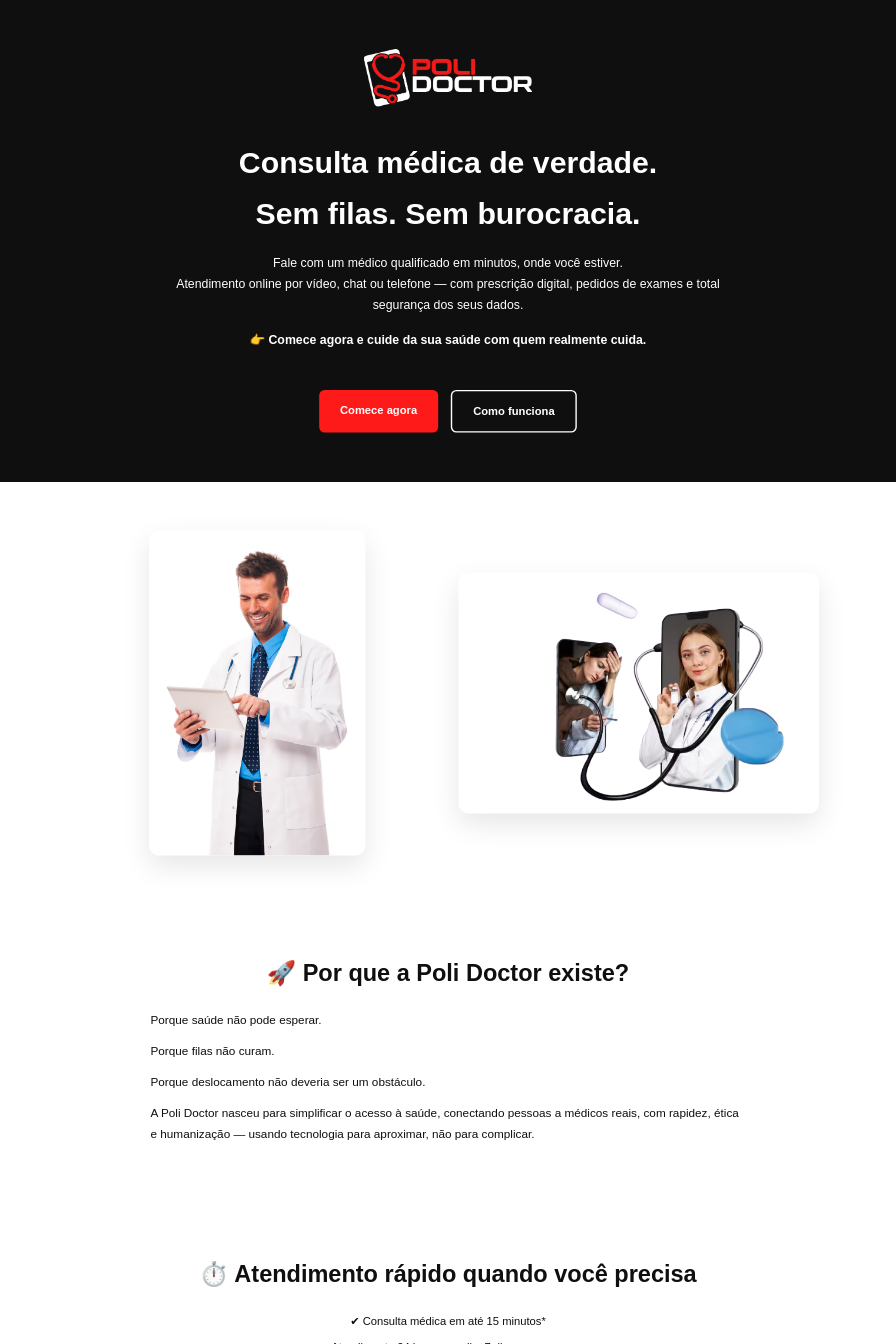
Repository: RenSkywalker/poli-doctor-landing
Page: index.html
An editor plug-in stored every save of this project. The page is shown before and after the next save, followed by the edit.
The browser window is 1280 px wide. The pictures show the part of the page from y = 0 to 1920 px (the page is 8656 px tall before and 8839 px after), at 70% of full size.

Above is the page before, as saved 2026-01-15 15:28:42.

### index.html
<!DOCTYPE html>
<html lang="pt-BR">
<head>
  <meta charset="UTF-8">
  <title>Poli Doctor | Consulta médica de verdade</title>
  <meta name="viewport" content="width=device-width, initial-scale=1.0">
  <meta name="description" content="Consulta médica de verdade. Sem filas. Sem burocracia. Atendimento humano, rápido e seguro.">

  <link rel="icon" href="favicon.ico">
  <link rel="stylesheet" href="css/style.css">
</head>

<body>

<!-- HERO -->
<header class="hero">
  <div class="container">

    <img src="assets/images/logo-principal.png" alt="Poli Doctor" class="logo-topo">

    <h1>Consulta médica de verdade.<br>Sem filas. Sem burocracia.</h1>

    <p>
      Fale com um médico qualificado em minutos, onde você estiver.<br>
      Atendimento online por vídeo, chat ou telefone — com prescrição digital,
      pedidos de exames e total segurança dos seus dados.
    </p>

    <p><strong>👉 Comece agora e cuide da sua saúde com quem realmente cuida.</strong></p>

    <div class="hero-buttons">
      <a href="#planos" class="btn primary">Comece agora</a>
      <a href="#como-funciona" class="btn outline">Como funciona</a>
    </div>

  </div>
</header>

<section class="imagem-destaque">
  <div class="container imagem-grid">
  <img src="assets/images/medico-consulta.png" alt="Consulta médica online" class="img-medico">
  <img src="assets/images/telemedicina.png" alt="Telemedicina humanizada" class="img-telemedicina">
</div>
</section>


<!-- POR QUE EXISTE -->
<section>
  <div class="container">
    <h2>🚀 Por que a Poli Doctor existe?</h2>

    <p>Porque saúde não pode esperar.</p>
    <p>Porque filas não curam.</p>
    <p>Porque deslocamento não deveria ser um obstáculo.</p>

    <p>
      A Poli Doctor nasceu para simplificar o acesso à saúde, conectando pessoas
      a médicos reais, com rapidez, ética e humanização — usando tecnologia para
      aproximar, não para complicar.
    </p>
  </div>
</section>

<!-- ATENDIMENTO RÁPIDO -->
<section class="beneficios">
  <div class="container">
    <h2>⏱️ Atendimento rápido quando você precisa</h2>

    <ul>
      <li>✔ Consulta médica em até 15 minutos*</li>
      <li>✔ Atendimento 24 horas por dia, 7 dias por semana</li>
      <li>✔ Sem filas, sem espera, sem deslocamento</li>
      <li>✔ Atendimento de onde você estiver</li>
    </ul>

    <small>*Em horário comercial. Fora dele, agendamento no mesmo dia.</small>
  </div>
</section>

<!-- MÉDICOS -->
<section>
  <div class="container">
    <h2>👨‍⚕️ Médicos qualificados. Atendimento humano.</h2>

    <p>
      Aqui você não fala com robôs nem com centrais genéricas.<br>
      Você fala com médicos habilitados, preparados para ouvir,
      orientar, prescrever e acompanhar.
    </p>

    <ul>
      <li>✔ Médicos e especialistas qualificados</li>
      <li>✔ Atendimento ético e responsável</li>
      <li>✔ Prescrição digital válida em todo o Brasil</li>
      <li>✔ Solicitação de exames quando necessário</li>
    </ul>
  </div>
</section>

<!-- COMO FUNCIONA -->
<section id="como-funciona">
  <div class="container">
    <h2>📱 Como funciona?</h2>

    <p><strong>1️⃣ Escolha o atendimento</strong><br>
      Vídeo, chat ou telefone — do jeito mais confortável para você.
    </p>

    <p><strong>2️⃣ Fale com um médico</strong><br>
      Atendimento direto, humano e sem burocracia.
    </p>

    <p><strong>3️⃣ Receba tudo digitalmente</strong><br>
      Receitas, exames e orientações ficam no seu histórico médico online.
    </p>

    <p><strong>Simples. Seguro. E eficiente.</strong></p>
  </div>
</section>

<!-- SEGURANÇA -->
<section class="seguranca">
  <div class="container">
    <h2>🔒 Segurança, privacidade e confiança</h2>

    <p>Sua saúde é coisa séria — e seus dados também.</p>

    <ul>
      <li>✔ Plataforma em conformidade com a LGPD</li>
      <li>✔ Sigilo médico garantido</li>
      <li>✔ Prontuário digital protegido</li>
      <li>✔ Ambiente seguro e criptografado</li>
    </ul>

    <p>Transparência e confiança em cada etapa do atendimento.</p>
  </div>
</section>

<section class="imagem-contexto">
  <div class="container imagem-contexto-grid">
    <div>
      <h2>Saúde moderna, simples e acessível</h2>
      <p>
        Atendimento médico online com profissionais qualificados,
        tecnologia segura e cuidado humano — sem filas, sem burocracia.
      </p>
    </div>

    <img src="assets/images/equipe-medica.png" alt="Equipe médica qualificada">
  </div>
</section>

<!-- PLANOS -->
<section id="planos" class="planos">
  <div class="container">
    <h2>💰 Planos Poli Doctor</h2>

    <p><strong>Saúde acessível hoje. Economia real todos os meses.</strong></p>

    <p>
      <strong>⚠️ Oferta especial por tempo limitado</strong><br>
      Os valores abaixo são promocionais.<br>
      Após o encerramento da campanha, os planos terão reajuste médio de 35%.
    </p>

    <!-- PLANO INDIVIDUAL -->
    <div class="plano destaque">
      <h3>🩺 Plano Individual</h3>
      <p>Ideal para quem quer praticidade e segurança no dia a dia</p>

      <p class="preco">💥 R$ 39,90 / mês<br><small>De R$ 53,90 / mês</small></p>

      <ul>
        <li>✔ Consultas médicas online 24/7</li>
        <li>✔ Atendimento por vídeo, chat ou telefone</li>
        <li>✔ Prescrição digital válida</li>
        <li>✔ Sem filas e sem deslocamento</li>
      </ul>

      <p><strong>👉 Economia mensal: R$ 14,00</strong></p>

      <a href="#" class="btn primary">Assinar agora</a>
    </div>

    <!-- PLANO PSICOLOGIA -->
    <div class="plano destaque">
      <h3>🧠 Plano Psicologia</h3>
      <p>Cuidado emocional com profissionais qualificados</p>

      <p class="preco">💥 R$ 99,90 / mês<br><small>Valor promocional</small></p>

      <ul>
        <li>✔ Sessões com psicólogos qualificados</li>
        <li>✔ Atendimento por vídeo</li>
        <li>✔ Acompanhamento humanizado</li>
      </ul>

      <p><strong>👉 Saúde mental com preço acessível</strong></p>

      <a href="#" class="btn primary">Assinar Psicologia</a>
    </div>

    <!-- PLANO PREMIUM -->
    <div class="plano destaque">
      <h3>⭐ Plano Premium</h3>
      <p>Cuidado contínuo, acompanhamento e prioridade</p>

      <p class="preco">💥 R$ 79,90 / mês<br><small>De R$ 107,90 / mês</small></p>

      <ul>
        <li>✔ Consultas médicas ilimitadas</li>
        <li>✔ Atendimento prioritário</li>
        <li>✔ Acesso a especialistas sem custo adicional</li>
        <li>✔ Histórico médico digital completo</li>
        <li>✔ Acompanhamento contínuo</li>
      </ul>

      <p><strong>👉 Economia mensal: R$ 28,00</strong></p>

      <a href="#" class="btn primary">Quero o Premium</a>
    </div>

    <!-- PLANO FAMÍLIA -->
    <div class="plano destaque">
      <h3>👨‍👩‍👧 Plano Família</h3>
      <p>Mais saúde para quem cuida de todos</p>

      <p class="preco">💥 R$ 69,90 / mês (até 4 pessoas)<br><small>De R$ 94,90 / mês</small></p>

      <ul>
        <li>✔ Consultas ilimitadas para até 4 pessoas</li>
        <li>✔ Atendimento 24/7</li>
        <li>✔ Prescrição e pedidos de exames digitais</li>
        <li>✔ Mais economia e mais conveniência</li>
      </ul>

      <p><strong>👉 Economia mensal: R$ 25,00</strong></p>

      <a href="#" class="btn primary">Assinar plano família</a>
    </div>

    <!-- PLANO FAMÍLIA PREMIUM -->
    <div class="plano destaque">
      <h3>👑 Plano Família Premium</h3>
      <p>O cuidado completo para toda a família</p>

      <p class="preco">💥 R$ 119,90 / mês (até 4 pessoas)<br><small>De R$ 161,90 / mês</small></p>

      <ul>
        <li>✔ Tudo do Plano Família</li>
        <li>✔ Atendimento prioritário</li>
        <li>✔ Especialistas incluídos</li>
        <li>✔ Histórico médico individual por membro</li>
        <li>✔ Cuidado integral e contínuo</li>
      </ul>

      <p><strong>👉 Economia mensal: R$ 42,00</strong></p>

      <a href="#" class="btn primary">Quero o plano completo</a>
    </div>

    <!-- TABELA COMPARATIVA -->
    <h3>📊 Comparação clara de valor</h3>

    <div class="tabela-wrapper">
    <table border="1" cellpadding="10" cellspacing="0" width="100%">
      <tr>
        <th>Plano</th>
        <th>Valor Promocional</th>
        <th>Valor Fora da Oferta</th>
        <th>Economia</th>
      </tr>
      <tr>
        <td>Individual</td>
        <td>R$ 39,90</td>
        <td>R$ 53,90</td>
        <td>R$ 14,00</td>
      </tr>
      <tr>
        <td>Psicologia</td>
        <td>R$ 99,90</td>
        <td>—</td>
        <td>—</td>
      </tr>
      <tr>
        <td>Premium</td>
        <td>R$ 79,90</td>
        <td>R$ 107,90</td>
        <td>R$ 28,00</td>
      </tr>
      <tr>
        <td>Família</td>
        <td>R$ 69,90</td>
        <td>R$ 94,90</td>
        <td>R$ 25,00</td>
      </tr>
      <tr>
        <td>Família Premium</td>
        <td>R$ 119,90</td>
        <td>R$ 161,90</td>
        <td>R$ 42,00</td>
      </tr>
    </table>
    </div>

    <p><strong>🔥 Atenção: condição por tempo limitado</strong><br>
      Ao encerrar esta campanha, os planos retornam ao valor regular com aumento médio de 35%.
    </p>

    <p><strong>👉 Garanta agora seu plano Poli Doctor e trave o valor promocional.</strong></p>

  </div>
</section>

<!-- CTA FINAL -->
<section class="cta-final">
  <div class="container">
    <h2>📣 Sua saúde não pode esperar.<br>Seu desconto também não.</h2>

    <a href="#planos" class="btn primary large">Assinar agora com desconto</a>

    <p>
      👉 Falar com um médico em minutos<br>
      👉 Travar o valor promocional hoje
    </p>
  </div>
</section>

<!-- FOOTER -->
<footer>
  <img src="assets/images/logo-principal.png" alt="Poli Doctor" class="logo-footer">

  <p>© 2026 Poli Doctor. Todos os direitos reservados. Desenvolvido por <a href="https://renancursi79.wixsite.com/infinitx" target="_blank">Infinitx</a></p>

  <a href="politica-de-privacidade.html">Política de Privacidade</a> |
  <a href="termos-de-uso.html">Termos de Uso</a>

  <small>Este serviço não substitui atendimento presencial em casos de emergência.</small>
</footer>

<script src="js/main.js"></script>
</body>
</html>

### css/style.css
html {
  scroll-behavior: smooth;
}

:root {
  --vermelho: #ff1a1a;
  --preto: #0f0f0f;
  --cinza-escuro: #1c1c1c;
  --cinza-claro: #fafafa;
  --branco: #ffffff;
}

/* RESET */
* {
  margin: 0;
  padding: 0;
  box-sizing: border-box;
  font-family: Arial, Helvetica, sans-serif;
}

body {
  background: var(--branco);
  color: var(--preto);
  line-height: 1.7;
  position: relative;
}

/* MARCA D'ÁGUA */
body::before {
  content: "";
  position: fixed;
  inset: 0;
  background: url("../assets/images/marca-dagua.png") no-repeat center;
  background-size: 600px;
  opacity: 0.03;
  pointer-events: none;
}

/* CONTAINER */
.container {
  max-width: 1100px;
  margin: auto;
  padding: 70px 20px;
}

/* ================= HERO ================= */
.hero {
  background: var(--preto);
  color: var(--branco);
  text-align: center;
  position: relative;
}

.logo-topo {
  max-width: 240px;
  margin-bottom: 35px;
}

.hero h1 {
  font-size: 2.7rem;
  margin-bottom: 20px;
}

.hero p {
  max-width: 820px;
  margin: 0 auto 20px;
  font-size: 1.1rem;
}

/* BOTÕES */
.hero-buttons {
  display: flex;
  justify-content: center;
  gap: 18px;
  margin-top: 35px;
}

.btn {
  padding: 15px 30px;
  border-radius: 8px;
  font-weight: bold;
  text-decoration: none;
  transition: 0.3s;
  margin-top: 20px;
}

.primary {
  background: var(--vermelho);
  color: var(--branco);
}

.primary:hover {
  transform: translateY(-2px);
  opacity: 0.9;
}

.outline {
  border: 2px solid var(--branco);
  color: var(--branco);
}

.imagem-destaque {
  background: #ffffff;
}

.imagem-grid {
  display: grid;
  grid-template-columns: repeat(auto-fit, minmax(280px, 1fr));
  gap: 30px;
  align-items: center;
}

.imagem-grid img {
  border-radius: 14px;
  box-shadow: 0 15px 40px rgba(0,0,0,0.1);
}

.img-medico {
  width: 60%;
  justify-self: center;
}

.img-telemedicina {
  width: 100%;
  justify-self: center;
}

/* ================= SEÇÕES GERAIS ================= */
section p {
  max-width: 850px;
  margin: 0 auto 16px;
  font-size: 1.05rem;
}

.text-destaque {
  font-size: 1.15rem;
  font-weight: bold;
  margin: 30px 0;
  text-align: center;
}

/* TÍTULOS */
h2 {
  text-align: center;
  margin-bottom: 25px;
  font-size: 2.1rem;
}

h3 {
  margin-bottom: 10px;
}

/* ================= BENEFÍCIOS ================= */
.beneficios {
  background: #ffffff;
  border-top: 1px solid #ffffff;
  border-bottom: 1px solid #ffffff;
}

.beneficios ul {
  list-style: none;
  text-align: center;
}

.beneficios li {
  margin-bottom: 10px;
  font-weight: 500;
}

/* ================= LISTAS ================= */
ul {
  margin: 25px 0;
  padding: 0;
}

li {
  margin-bottom: 8px;
}

/* ================= COMO FUNCIONA ================= */
.steps {
  display: flex;
  justify-content: space-around;
  gap: 30px;
}

.step {
  text-align: center;
}

.step span {
  background: var(--vermelho);
  color: var(--branco);
  width: 45px;
  height: 45px;
  display: inline-flex;
  align-items: center;
  justify-content: center;
  border-radius: 50%;
  margin-bottom: 10px;
  font-weight: bold;
}

/* ================= SEGURANÇA ================= */
.seguranca ul {
  list-style: none;
  text-align: center;
}

.seguranca li {
  margin-bottom: 10px;
}

.imagem-contexto {
  background: #ffffff;
  border-top: 1px solid #ffffff;
  border-bottom: 1px solid #ffffff;
}

.imagem-contexto-grid {
  display: grid;
  grid-template-columns: 1fr 1fr;
  gap: 40px;
  align-items: center;
}

.imagem-contexto img {
  width: 100%;
  border-radius: 14px;
  box-shadow: 0 15px 40px rgba(0,0,0,0.12);
}

/* ================= PLANOS ================= */
.plano {
  border: 2px solid var(--vermelho);
  border-radius: 14px;
  padding: 40px 30px;
  text-align: center;
  background: var(--branco);
  margin: 40px 0;
  transition: 0.3s;
}

.plano:hover {
  transform: translateY(-4px);
}

.plano.destaque {
  border: 2px solid var(--vermelho);
  box-shadow: 0 20px 45px rgba(255, 26, 26, 0.25);
}

.preco {
  font-size: 1.7rem;
  color: var(--vermelho);
  margin: 20px 0;
}

.plano ul {
  list-style: none;
  margin-bottom: 20px;
}

.plano .btn {
  width: 100%;
  margin-top: 30px;
}

.plano p {
  margin-bottom: 18px;
}


/* ================= TABELA ================= */
table {
  width: 100%;
  border-collapse: collapse;
  margin-top: 35px;
  font-size: 0.95rem;
}

table th {
  background: var(--preto);
  color: var(--branco);
  padding: 14px;
}

table td {
  padding: 14px;
  text-align: center;
  border-bottom: 1px solid #eee;
}

table tr:nth-child(even) {
  background: #fafafa;
}

table tr:hover {
  background: #f1f1f1;
}

/* ================= CTA FINAL ================= */
.cta-final {
  background: var(--preto);
  color: var(--branco);
  text-align: center;
}

.cta-final p {
  margin-top: 20px;
  font-size: 1.05rem;
}

.large {
  font-size: 1.2rem;
}

/* ================= FOOTER ================= */
footer {
  background: var(--cinza-escuro);
  color: var(--branco);
  text-align: center;
  padding: 50px 20px;
}

.logo-footer {
  max-width: 160px;
  margin-bottom: 15px;
}

footer a {
  color: var(--branco);
  margin: 0 5px;
  text-decoration: none;
}

footer small {
  display: block;
  margin-top: 12px;
  font-size: 0.85rem;
}

img {
  transition: transform 0.4s ease, box-shadow 0.4s ease;
}

img:hover {
  transform: scale(1.04);
  box-shadow: 0 20px 45px rgba(0, 0, 0, 0.18);
}

.tabela-wrapper {
  width: 100%;
  overflow-x: auto;
  -webkit-overflow-scrolling: touch;
  margin-top: 30px;
}

.tabela-wrapper table {
  min-width: 600px;
}


/* ================= MOBILE ================= */
@media (max-width: 768px) {
  .steps {
    flex-direction: column;
  }

  .hero h1 {
    font-size: 2rem;
  }

  .hero-buttons {
    flex-direction: column;
  }

  .imagem-contexto-grid {
    grid-template-columns: 1fr;
    text-align: center;
  }
}

### js/main.js
// JS simples apenas para evolução futura
console.log("Poli Doctor carregado com sucesso!");

After the next save:
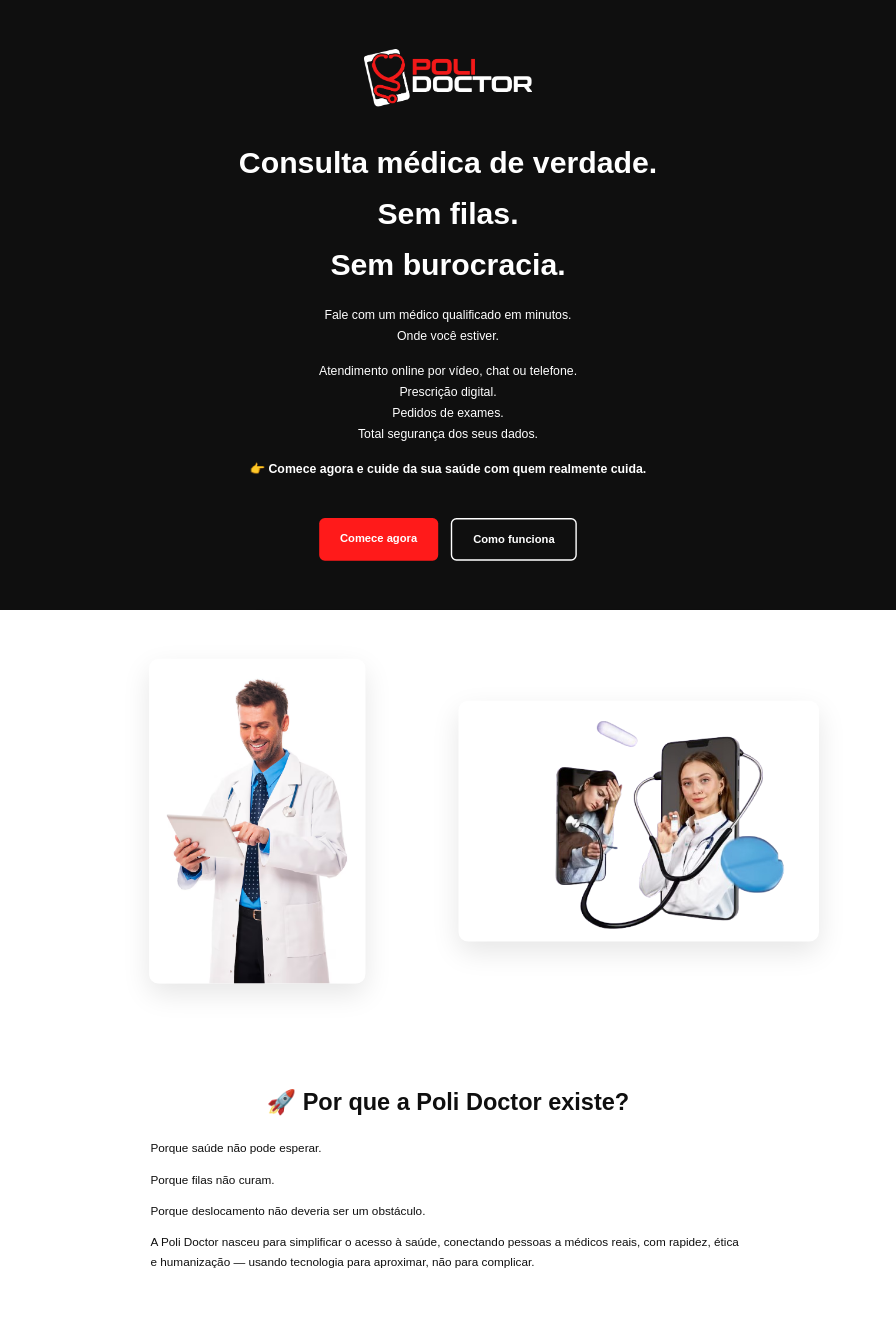
Saved 2 min 58 s later.
--- a/index.html
+++ b/index.html
@@ -18,13 +18,23 @@
 
     <img src="assets/images/logo-principal.png" alt="Poli Doctor" class="logo-topo">
 
-    <h1>Consulta médica de verdade.<br>Sem filas. Sem burocracia.</h1>
-
-    <p>
-      Fale com um médico qualificado em minutos, onde você estiver.<br>
-      Atendimento online por vídeo, chat ou telefone — com prescrição digital,
-      pedidos de exames e total segurança dos seus dados.
-    </p>
+    <h1>
+  Consulta médica de verdade.<br>
+  Sem filas.<br>
+  Sem burocracia.
+</h1>
+
+<p>
+  Fale com um médico qualificado em minutos.<br>
+  Onde você estiver.
+</p>
+
+<p>
+  Atendimento online por vídeo, chat ou telefone.<br>
+  Prescrição digital.<br>
+  Pedidos de exames.<br>
+  Total segurança dos seus dados.
+</p>
 
     <p><strong>👉 Comece agora e cuide da sua saúde com quem realmente cuida.</strong></p>
 
